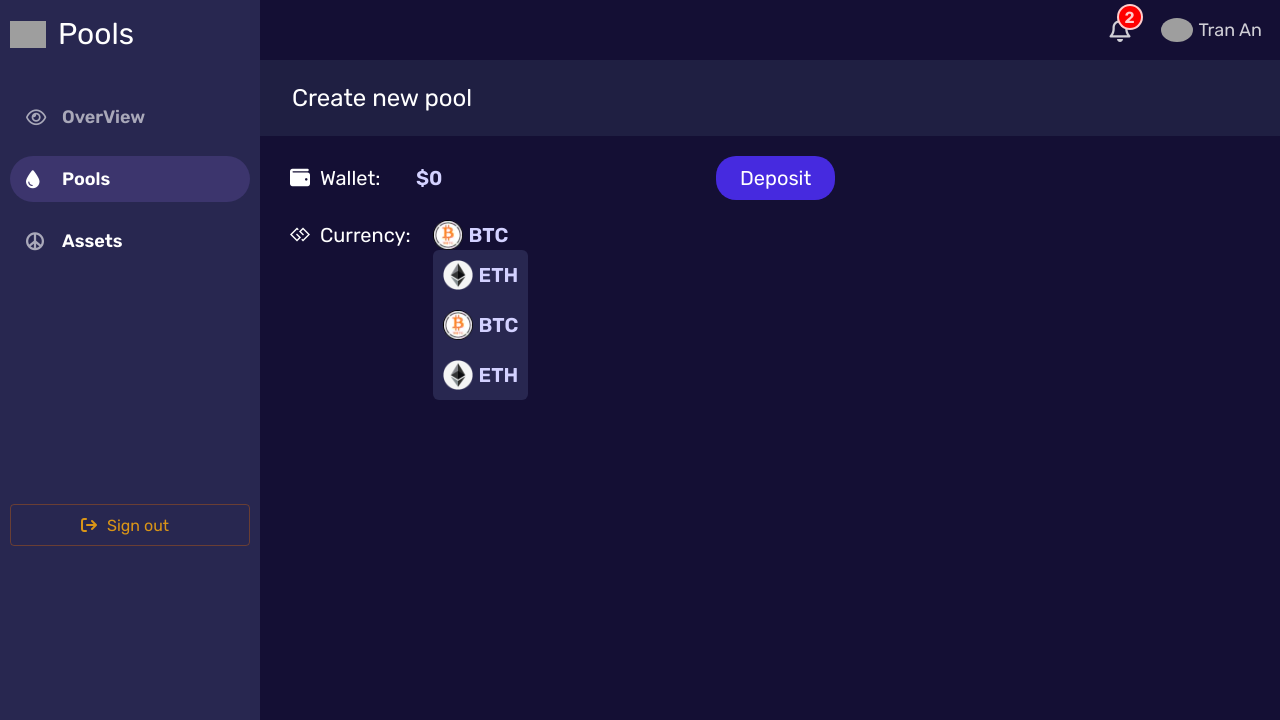
Repository: quynh232000/pools
Page: pool/create-pool.html
These files come from the project's save history. The page is drawn as it stood at one moment and after the next save; the edit follows.
The browser window is 1280 px wide. The pictures show the whole page.
Pictures or frames that could not be fetched are drawn as grey boxes.

Above is the page before, as saved 2023-07-14 00:39:21.

After the next save:
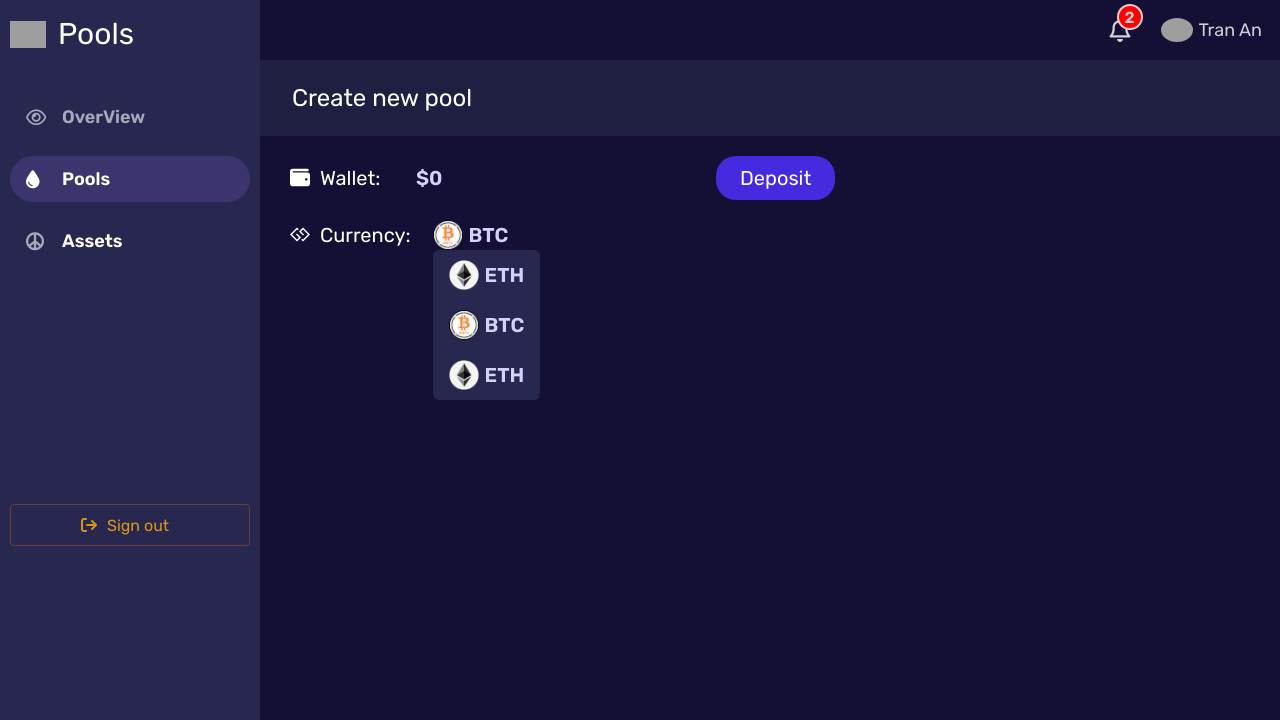
Saved 10 s later.
--- a/src/css/create-pool.css
+++ b/src/css/create-pool.css
@@ -60,7 +60,7 @@
 .type-money-more .type-money-item{
     /* margin: 8px; */
     border-radius: 6px;
-    padding: 10px;
+    padding: 10px 16px;
     transition: background-color .3s ease;
 }
 .type-money-more .type-money-item:hover{
